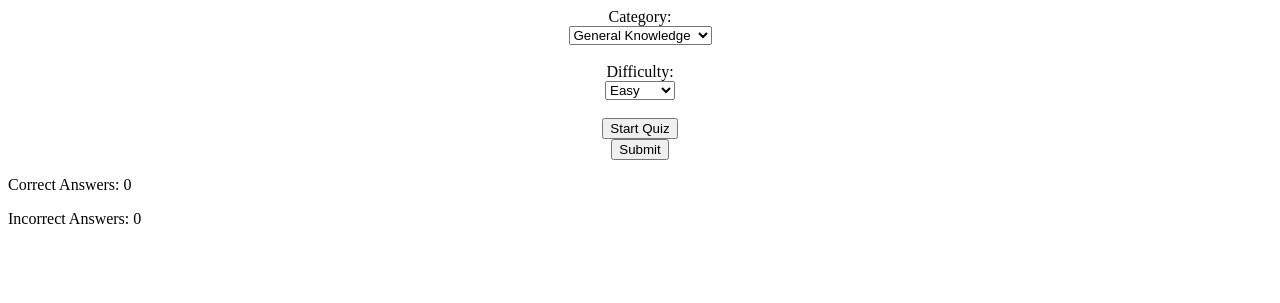
Repository: Kayla-amr/triviaSvelte
Page: /
The author's editor kept a copy of each file at every save. The page is drawn from the files as they stood at one save, then again after a run of saves.
The browser window is 1280 px wide. The pictures show the whole page.
The project was rebuilt for these pictures with package versions that can differ from the ones it lists, and the page was loaded fresh each time. The framework's server and built-in components were replaced by stand-ins that run in the browser. Also part of the build but not shown: svelte.config.js, vite.config.js.

Above is the page before, as saved 2023-03-18 09:19:32.

After the next 5 saves:
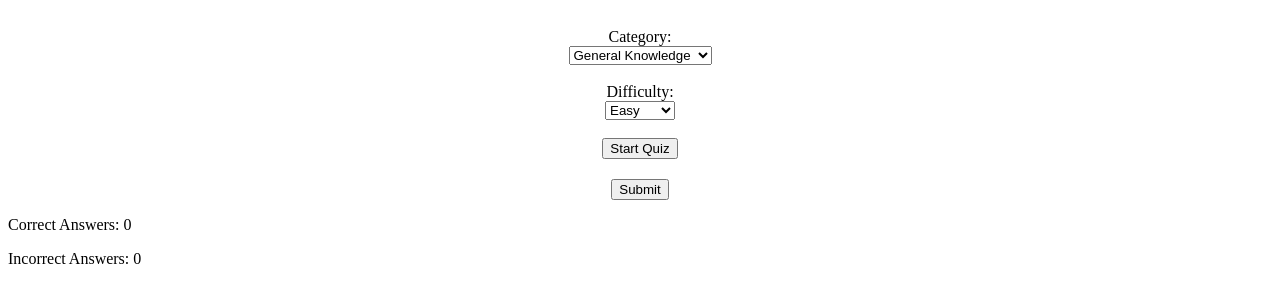
The 5 saves are shown as one change because 1 did not build or start and some came seconds apart.
The last was saved 20 s later.
--- a/src/routes/+page.svelte
+++ b/src/routes/+page.svelte
@@ -102,5 +102,6 @@
         display: flex;
         flex-direction: column;
         align-items: center;
+        padding-top: 20px;
     }
 </style>
